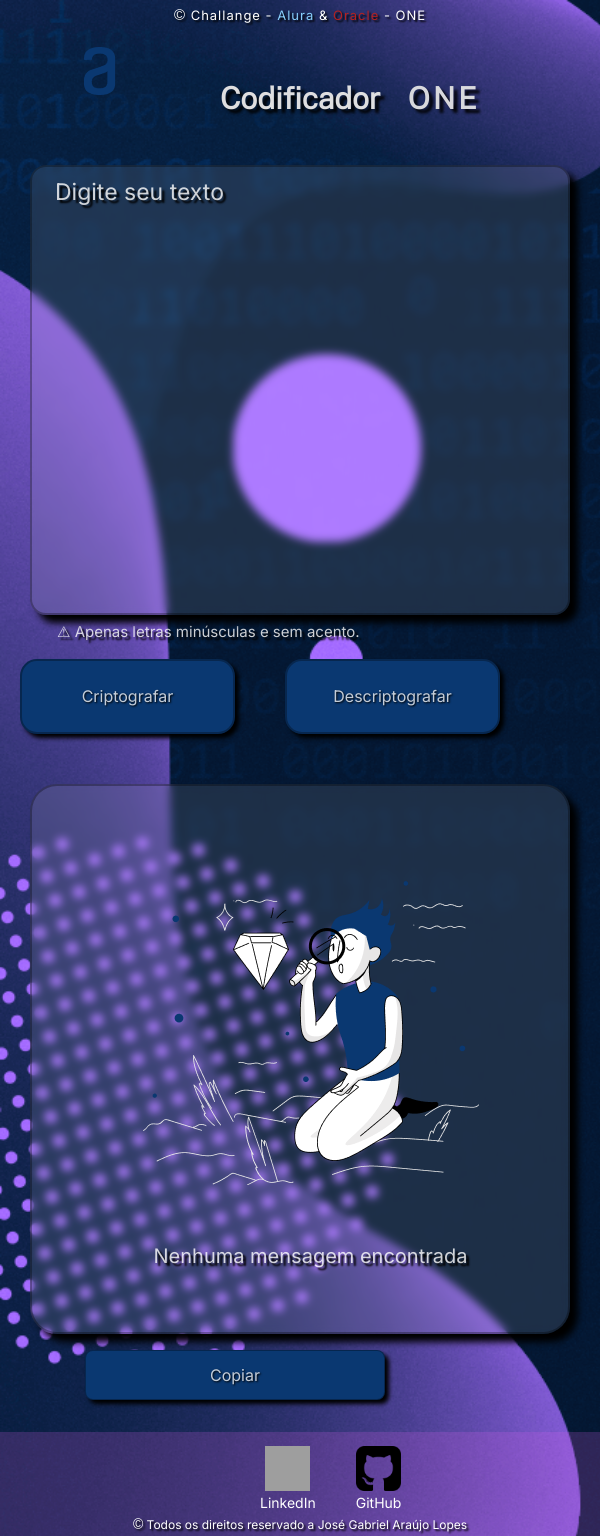
Repository: GabbrielLopes/Decodificador-ONE-Challange-Alura
Page: index.html
The author's editor kept a copy of each file at every save. The page is drawn from the files as they stood at one save, then again after a run of saves.
The browser window is 600 px wide. The pictures show the whole page.
Pictures or frames that could not be fetched are drawn as grey boxes.

Above is the page before, as saved 2022-05-11 23:01:38.

After the next 2 saves:
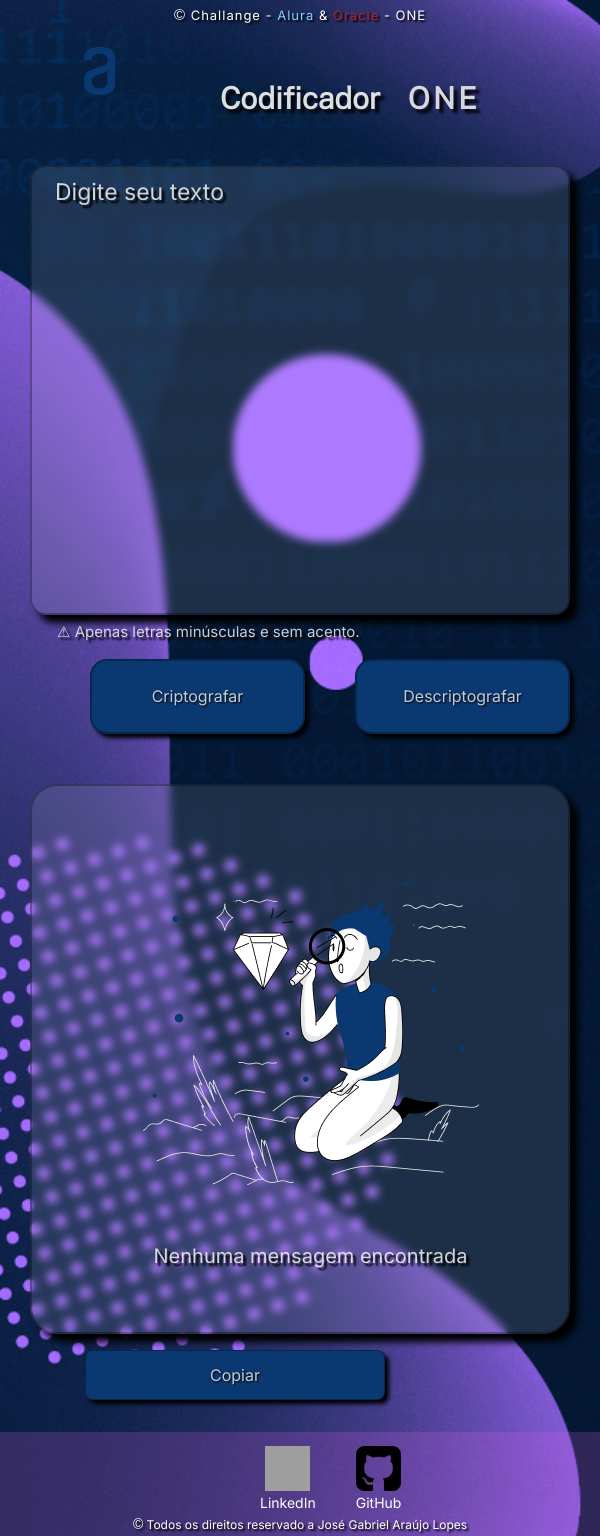
The 2 saves are shown as one change because they came seconds apart.
The last was saved 60 s later.
--- a/css/media.css
+++ b/css/media.css
@@ -28,7 +28,7 @@
 
     .botoes {
         margin: 20px 0;
-        margin-left: 20px;
+        margin-left: 15%;
         max-width: 80%;
     }
 
